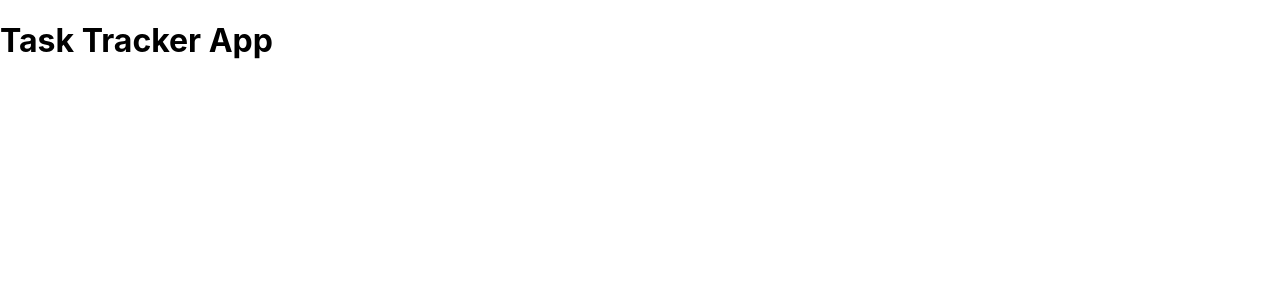
Repository: feyroozecode/task_tracker
Page: /
The author's editor kept a copy of each file at every save. The page is drawn from the files as they stood at one save, then again after the next save.
The browser window is 1280 px wide. The pictures show the whole page.
The project was rebuilt for these pictures with package versions that can differ from the ones it lists, and the page was loaded fresh each time.

Above is the page before, as saved 2023-10-19 16:02:06.

### public/index.html
<!DOCTYPE html>
<html lang="en">
  <head>
    <meta charset="utf-8" />
    <link rel="icon" href="%PUBLIC_URL%/favicon.ico" />
    <meta name="viewport" content="width=device-width, initial-scale=1" />
    <meta name="theme-color" content="#000000" />
    <meta
      name="description"
      content="Web site created using create-react-app"
    />
    <link rel="apple-touch-icon" href="%PUBLIC_URL%/logo192.png" />

    <link rel="manifest" href="%PUBLIC_URL%/manifest.json" />

    <title>React App</title>
  </head>
  <body>
    <noscript>You need to enable JavaScript to run this app.</noscript>

    <div id="root"></div>

  </body>
</html>

### src/App.js
import Header from './components/Header'

const App = ()  => {
   const appName = 'Task Tracker App'

   return (
     <div className="container">
      <Header title={appName} />
     </div>
   );

}

export default App;

### src/components/Header.js
import PropTypes from 'prop-types'

const Header = ({ title }) => {
    return (
        <header>
            <h1> { title } </h1>
        </header>
    )
}

// set default title
Header.defaultProps = {
    title: 'Task Tracker'
}

Header.propTypes = {
    title: PropTypes.string.isRequired
}

export default Header

Loaded but not shown: src/index.js (common file); src/index.css (common file)

After the next save:
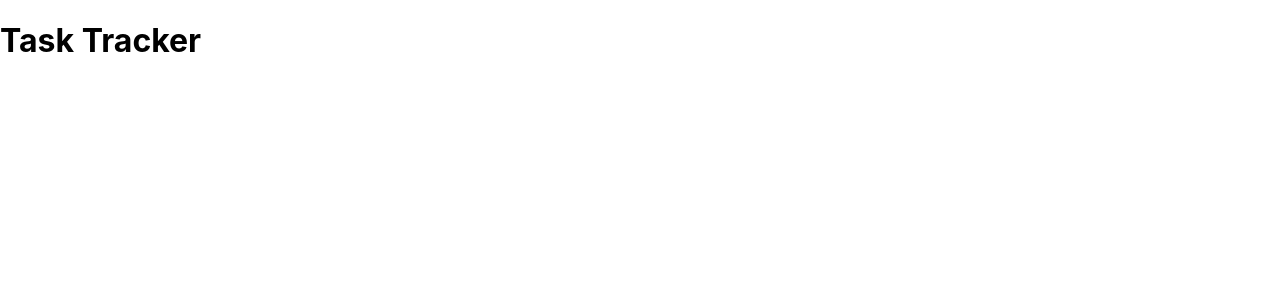
Saved 44 s later.
--- a/src/App.js
+++ b/src/App.js
@@ -5,7 +5,7 @@
 
    return (
      <div className="container">
-      <Header title={appName} />
+      <Header />
      </div>
    );
 

After the save that followed:
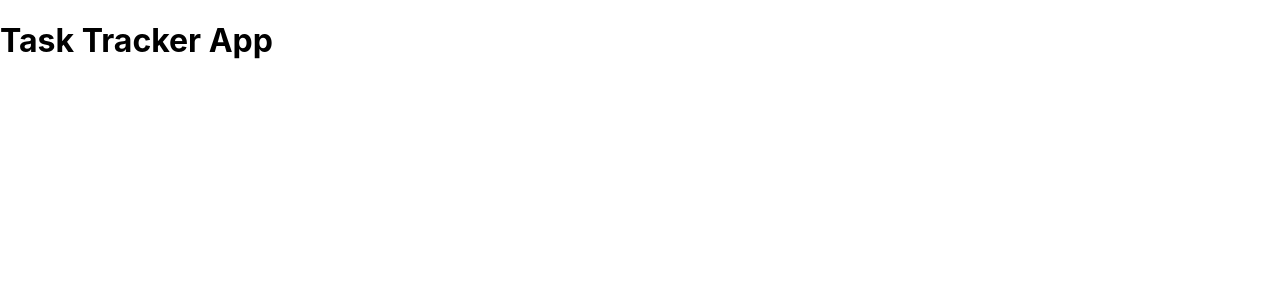
Saved 14 s later.
--- a/src/App.js
+++ b/src/App.js
@@ -5,7 +5,7 @@
 
    return (
      <div className="container">
-      <Header />
+      <Header title={appName} />
      </div>
    );
 
